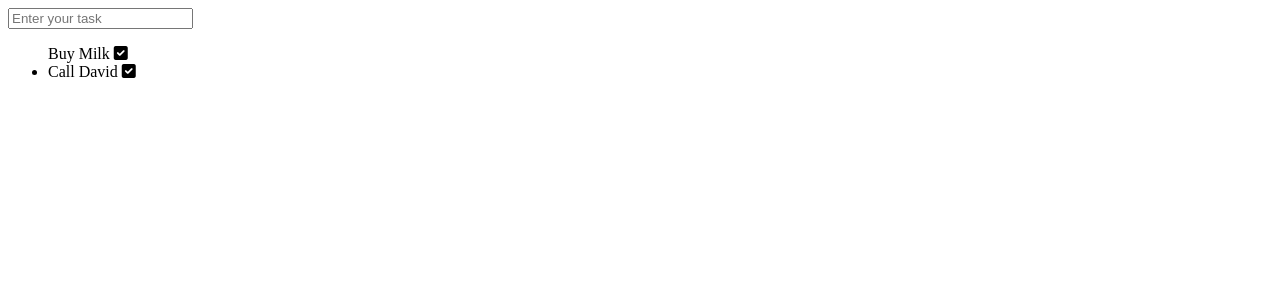
Repository: bryanbraide/Todo-List
Page: Project/index.html
An editor plug-in stored every save of this project. The page is shown before and after a run of saves, followed by the edit.
The browser window is 1280 px wide. The pictures show the whole page.

Above is the page before, as saved 2025-02-27 22:13:43.

After the next 6 saves:
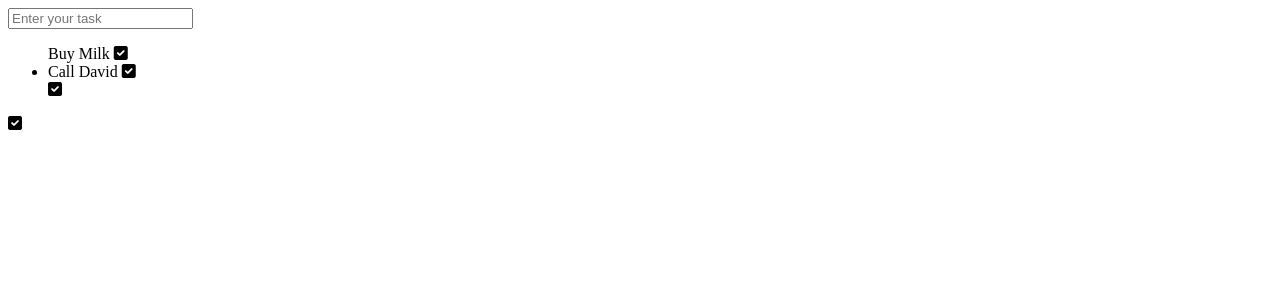
The 6 saves are shown as one change because they came seconds apart.
The last was saved 17 s later.
--- a/Project/index.html
+++ b/Project/index.html
@@ -29,7 +29,7 @@
           <i class="fas fa- trash"></i>
           <li class="checked">
             Call David <i class="fas fa-check-square">
-
+              <i class="fas"
             </i>
           </li>
       </ul>

After the 2 saves that followed:
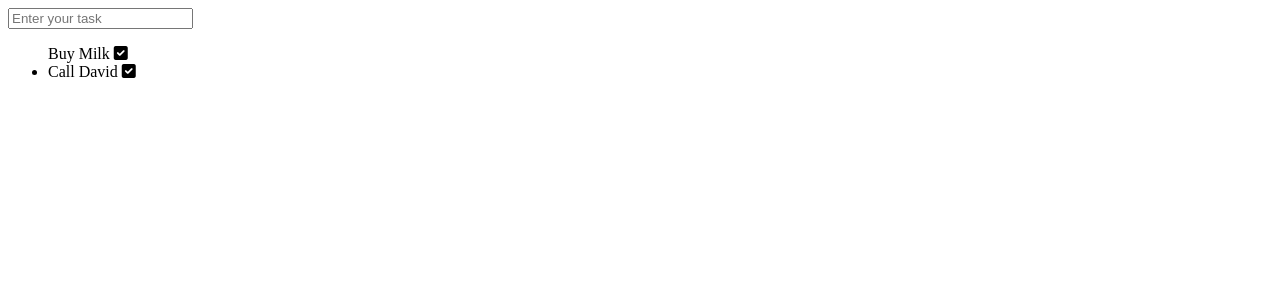
The 2 saves are shown as one change because 1 left the picture as it was.
The last was saved 10 s later.
--- a/Project/index.html
+++ b/Project/index.html
@@ -29,7 +29,7 @@
           <i class="fas fa- trash"></i>
           <li class="checked">
             Call David <i class="fas fa-check-square">
-              <i class="fas"
+              <i class="fas-trash"></i>
             </i>
           </li>
       </ul>
